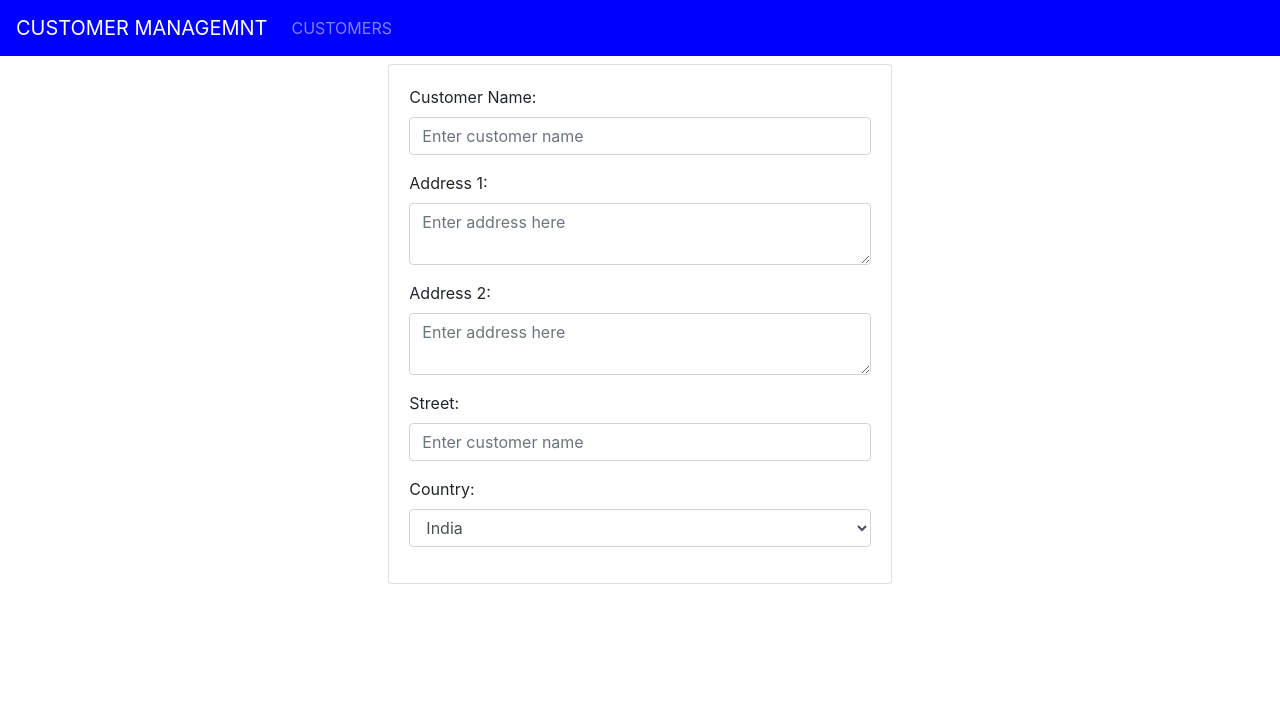
Repository: shruti-2522/webdirekt-assignment
Page: http://localhost/Customer-Project/customer-form.jsp
These files come from the project's save history. The page is drawn as it stood at one moment and after the next save; the edit follows.
The browser window is 1280 px wide. The pictures show the whole page.
The page is served by Tomcat 9.

Above is the page before, as saved 2021-07-05 10:39:40.

After the next save:
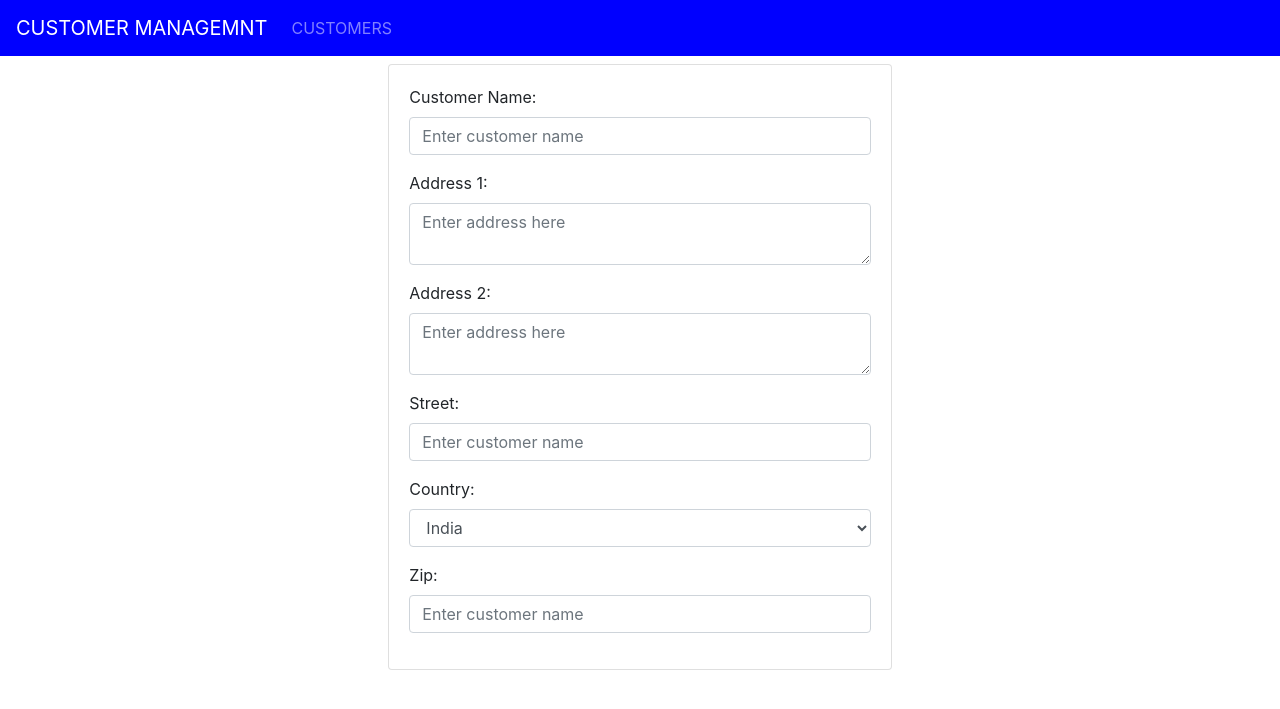
Saved 40 s later.
--- a/Customer-Project/src/main/webapp/customer-form.jsp
+++ b/Customer-Project/src/main/webapp/customer-form.jsp
@@ -69,6 +69,11 @@
 					</select>
 				</fieldset>
 
+	<fieldset class="form-group">
+					<label>Zip:</label> <input type="text"
+						class="form-control" placeholder="Enter customer name" name="zip"
+						>
+				</fieldset>
 
 
 			</div>
